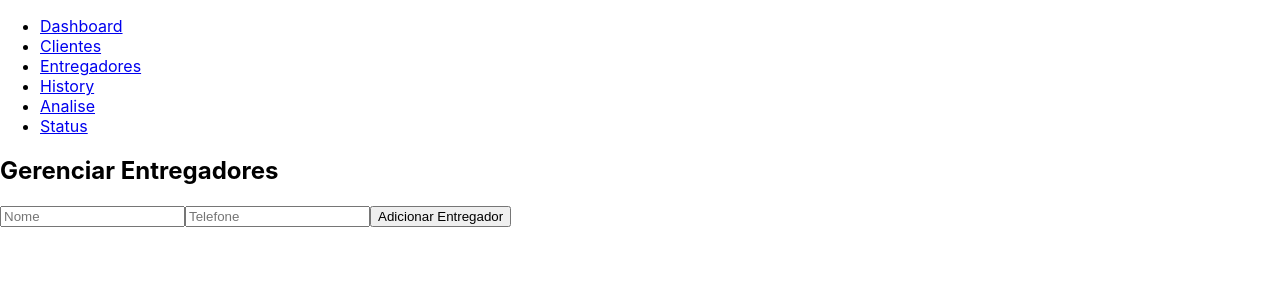
Repository: feliperanon/gestao-entregas
Page: /entregadores (app in frontend/)
These files come from the project's save history. The page is drawn as it stood at one moment and after the next save; the edit follows.
The browser window is 1280 px wide. The pictures show the whole page.
The page's requests for data from a server got no answer. The project was rebuilt for these pictures with package versions that can differ from the ones it lists, and the page was loaded fresh each time. No one was signed in, and anything a server would have sent is missing. Also part of the build but not shown: frontend/src/pages/Dashboard.js, frontend/src/pages/Clientes.js, frontend/src/pages/History.js, frontend/src/pages/Analise.js, frontend/src/pages/Login.js, frontend/src/pages/Status.js.

Above is the page before, as saved 2024-06-30 15:24:36.

### frontend/src/App.js
import React from 'react';
import { BrowserRouter as Router, Route, Routes, Link } from 'react-router-dom';
import Dashboard from './pages/Dashboard';
import Clientes from './pages/Clientes';
import Entregadores from './pages/Entregadores';
import History from './pages/History';
import Analise from './pages/Analise';
import Login from './pages/Login';
import Status from './pages/Status'; // Adicione a importação da página Status

const App = () => {
  return (
    <Router>
      <div>
        <nav>
          <ul>
            <li><Link to="/dashboard">Dashboard</Link></li>
            <li><Link to="/clientes">Clientes</Link></li>
            <li><Link to="/entregadores">Entregadores</Link></li>
            <li><Link to="/history">History</Link></li>
            <li><Link to="/analise">Analise</Link></li>
            <li><Link to="/status">Status</Link></li> {/* Adicione o link para a página Status */}
          </ul>
        </nav>
        <Routes>
          <Route path="/dashboard" element={<Dashboard />} />
          <Route path="/clientes" element={<Clientes />} />
          <Route path="/entregadores" element={<Entregadores />} />
          <Route path="/history" element={<History />} />
          <Route path="/analise" element={<Analise />} />
          <Route path="/status" element={<Status />} /> {/* Adicione a rota para a página Status */}
          <Route path="/login" element={<Login />} />
        </Routes>
      </div>
    </Router>
  );
};

export default App;

### frontend/src/pages/Entregadores.js
import React, { useState, useEffect } from 'react';
import api from '../services/api';

const Entregadores = () => {
  const [entregadores, setEntregadores] = useState([]);
  const [form, setForm] = useState({ nome: '', telefone: '' });
  const [isEditing, setIsEditing] = useState(false);
  const [currentId, setCurrentId] = useState(null);

  useEffect(() => {
    const fetchEntregadores = async () => {
      try {
        const token = localStorage.getItem('token');
        const response = await api.get('/entregadores', {
          headers: { Authorization: `Bearer ${token}` }
        });
        setEntregadores(response.data);
      } catch (error) {
        console.error('Error fetching entregadores:', error);
      }
    };

    fetchEntregadores();
  }, []);

  const handleChange = (e) => {
    setForm({ ...form, [e.target.name]: e.target.value });
  };

  const handleSubmit = async (e) => {
    e.preventDefault();
    try {
      const token = localStorage.getItem('token');
      if (isEditing) {
        const response = await api.put(`/entregadores/${currentId}`, form, {
          headers: { Authorization: `Bearer ${token}` }
        });
        setEntregadores(entregadores.map(entregador => entregador._id === currentId ? response.data : entregador));
        setIsEditing(false);
        setCurrentId(null);
      } else {
        const response = await api.post('/entregadores', form, {
          headers: { Authorization: `Bearer ${token}` }
        });
        setEntregadores([...entregadores, response.data]);
      }
      setForm({ nome: '', telefone: '' });
    } catch (error) {
      console.error('Error adding/editing entregador:', error);
    }
  };

  const handleEdit = (entregador) => {
    setForm({ nome: entregador.nome, telefone: entregador.telefone });
    setIsEditing(true);
    setCurrentId(entregador._id);
  };

  const handleDelete = async (id) => {
    try {
      const token = localStorage.getItem('token');
      await api.delete(`/entregadores/${id}`, {
        headers: { Authorization: `Bearer ${token}` }
      });
      setEntregadores(entregadores.filter(entregador => entregador._id !== id));
    } catch (error) {
      console.error('Error deleting entregador:', error);
    }
  };

  return (
    <div>
      <h2>Gerenciar Entregadores</h2>
      <form onSubmit={handleSubmit}>
        <input name="nome" value={form.nome} onChange={handleChange} placeholder="Nome" required />
        <input name="telefone" value={form.telefone} onChange={handleChange} placeholder="Telefone" />
        <button type="submit">{isEditing ? 'Editar Entregador' : 'Adicionar Entregador'}</button>
      </form>
      <ul>
        {entregadores.map((entregador) => (
          <li key={entregador._id}>
            {entregador.nome} - {entregador.telefone}
            <button onClick={() => handleEdit(entregador)}>Editar</button>
            <button onClick={() => handleDelete(entregador._id)}>Excluir</button>
          </li>
        ))}
      </ul>
    </div>
  );
};

export default Entregadores;

### frontend/src/services/api.js
import axios from 'axios';

const api = axios.create({
  baseURL: 'http://localhost:5003',
});

export default api;

Loaded but not shown: frontend/public/index.html (common file); frontend/src/index.js (common file); frontend/src/index.css (common file); frontend/src/reportWebVitals.js (common file)

After the next save:
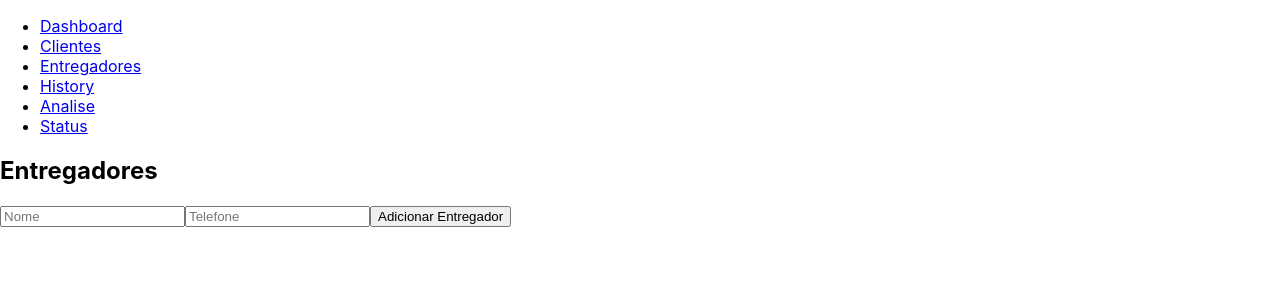
Saved 21 s later.
--- a/frontend/src/pages/Entregadores.js
+++ b/frontend/src/pages/Entregadores.js
@@ -4,8 +4,6 @@ import api from '../services/api';
 const Entregadores = () => {
   const [entregadores, setEntregadores] = useState([]);
   const [form, setForm] = useState({ nome: '', telefone: '' });
-  const [isEditing, setIsEditing] = useState(false);
-  const [currentId, setCurrentId] = useState(null);
 
   useEffect(() => {
     const fetchEntregadores = async () => {
@@ -19,7 +17,6 @@ const Entregadores = () => {
         console.error('Error fetching entregadores:', error);
       }
     };
-
     fetchEntregadores();
   }, []);
 
@@ -31,58 +28,27 @@ const Entregadores = () => {
     e.preventDefault();
     try {
       const token = localStorage.getItem('token');
-      if (isEditing) {
-        const response = await api.put(`/entregadores/${currentId}`, form, {
-          headers: { Authorization: `Bearer ${token}` }
-        });
-        setEntregadores(entregadores.map(entregador => entregador._id === currentId ? response.data : entregador));
-        setIsEditing(false);
-        setCurrentId(null);
-      } else {
-        const response = await api.post('/entregadores', form, {
-          headers: { Authorization: `Bearer ${token}` }
-        });
-        setEntregadores([...entregadores, response.data]);
-      }
+      const response = await api.post('/entregadores', form, {
+        headers: { Authorization: `Bearer ${token}` }
+      });
+      setEntregadores([...entregadores, response.data]);
       setForm({ nome: '', telefone: '' });
     } catch (error) {
-      console.error('Error adding/editing entregador:', error);
-    }
-  };
-
-  const handleEdit = (entregador) => {
-    setForm({ nome: entregador.nome, telefone: entregador.telefone });
-    setIsEditing(true);
-    setCurrentId(entregador._id);
-  };
-
-  const handleDelete = async (id) => {
-    try {
-      const token = localStorage.getItem('token');
-      await api.delete(`/entregadores/${id}`, {
-        headers: { Authorization: `Bearer ${token}` }
-      });
-      setEntregadores(entregadores.filter(entregador => entregador._id !== id));
-    } catch (error) {
-      console.error('Error deleting entregador:', error);
+      console.error('Error creating entregador:', error);
     }
   };
 
   return (
     <div>
-      <h2>Gerenciar Entregadores</h2>
+      <h2>Entregadores</h2>
       <form onSubmit={handleSubmit}>
         <input name="nome" value={form.nome} onChange={handleChange} placeholder="Nome" required />
-        <input name="telefone" value={form.telefone} onChange={handleChange} placeholder="Telefone" />
-        <button type="submit">{isEditing ? 'Editar Entregador' : 'Adicionar Entregador'}</button>
+        <input name="telefone" value={form.telefone} onChange={handleChange} placeholder="Telefone" required />
+        <button type="submit">Adicionar Entregador</button>
       </form>
       <ul>
         {entregadores.map((entregador) => (
-          <li key={entregador._id}>
-            {entregador.nome} - {entregador.telefone}
-            <button onClick={() => handleEdit(entregador)}>Editar</button>
-            <button onClick={() => handleDelete(entregador._id)}>Excluir</button>
-          </li>
+          <li key={entregador._id}>{entregador.nome} - {entregador.telefone}</li>
         ))}
       </ul>
     </div>
